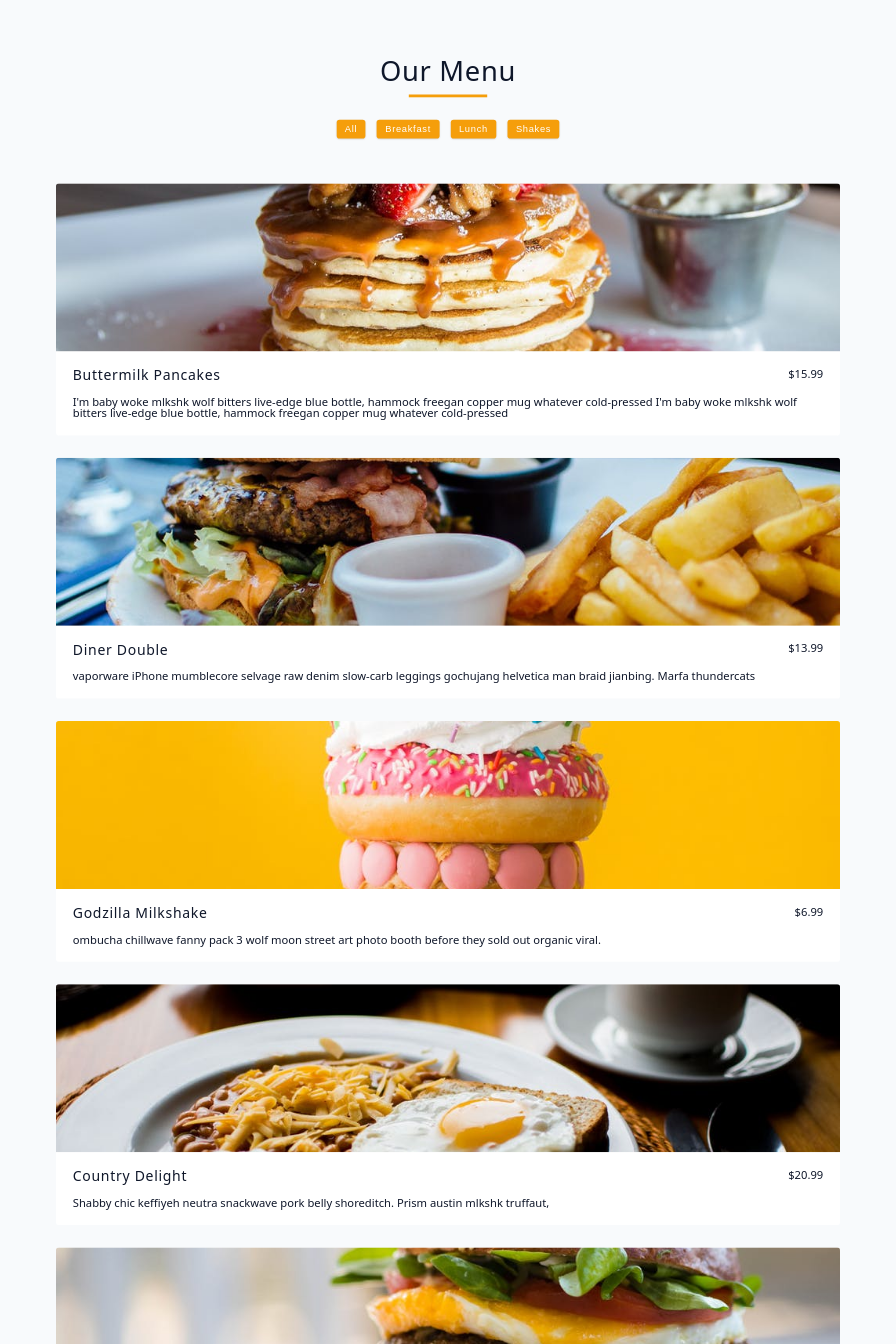
Repository: dydals3440/React-Projects
Page: / (app in 04-fundamental-projects/05-menu/starter/)
An editor plug-in stored every save of this project. The page is shown before and after the next save, followed by the edit.
The browser window is 1280 px wide. The pictures show the part of the page from y = 0 to 1920 px (the page is 3710 px tall), at 70% of full size.
The project was rebuilt for these pictures with package versions that can differ from the ones it lists, and the page was loaded fresh each time. Also part of the build but not shown: 04-fundamental-projects/05-menu/starter/vite.config.js.

Above is the page before, as saved 2023-09-07 13:59:30.

After the next save:
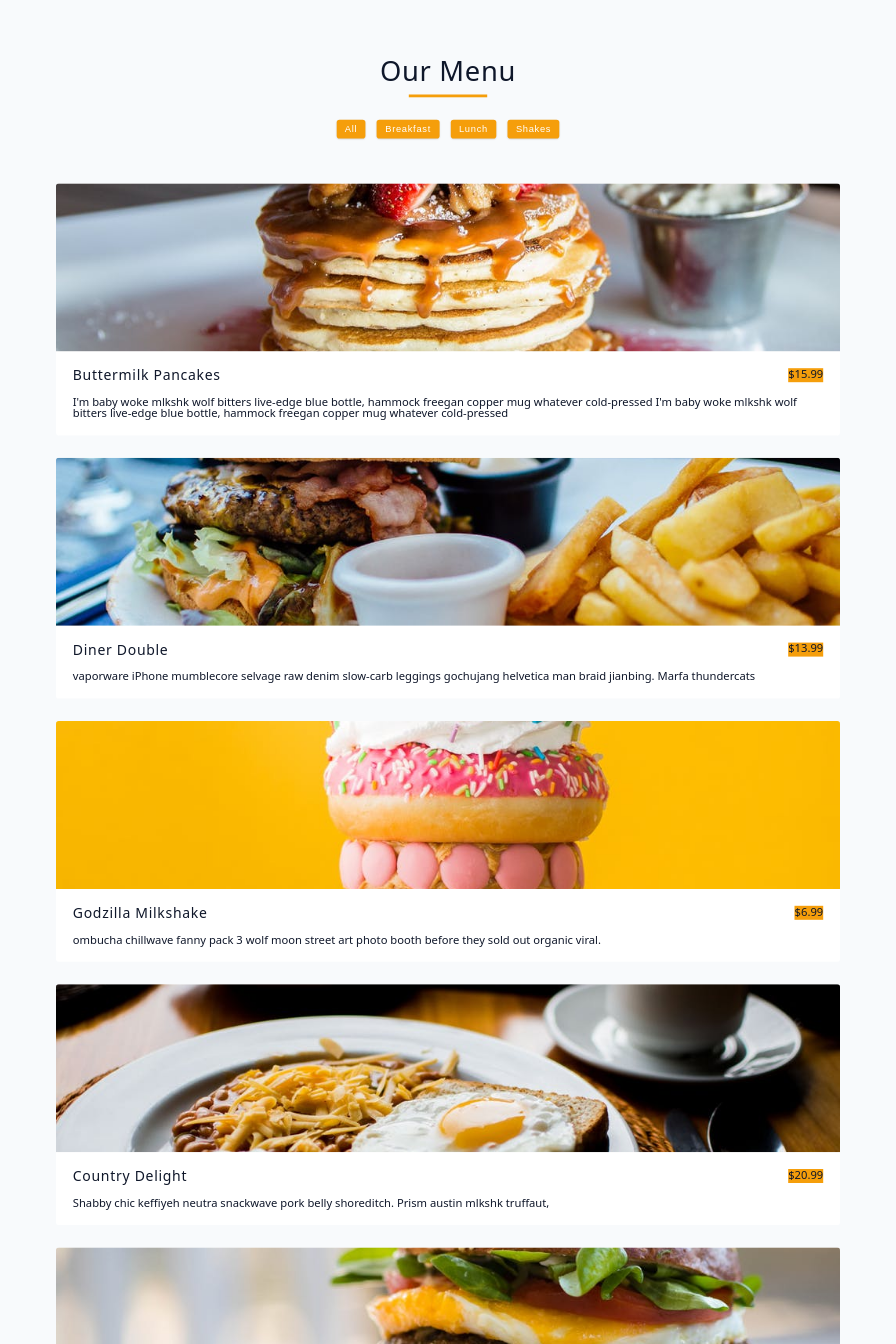
Saved 12 s later.
--- a/04-fundamental-projects/05-menu/starter/src/index.css
+++ b/04-fundamental-projects/05-menu/starter/src/index.css
@@ -299,3 +299,7 @@ ul {
 .item-info h5 {
   font-weight: 500;
 }
+
+.item-price {
+  background: var(--primary-500);
+}
